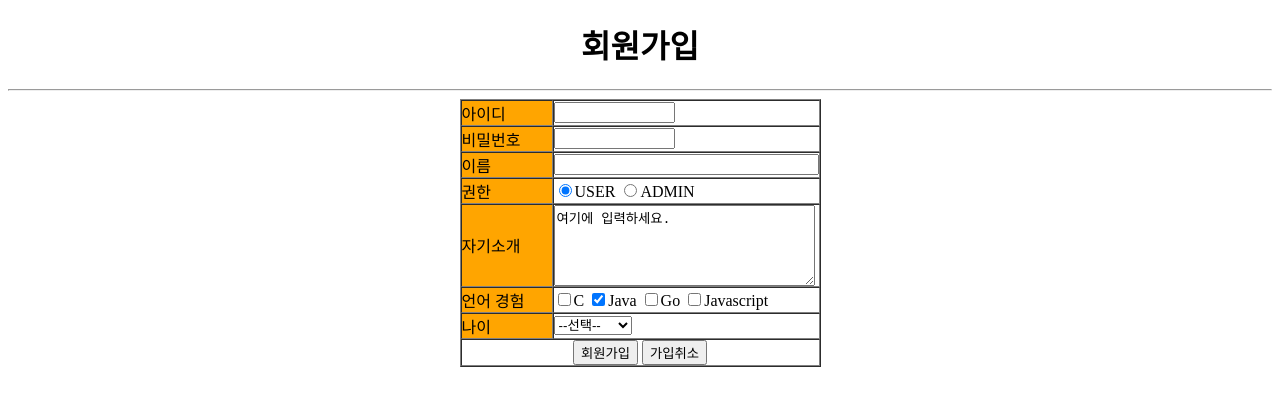
Repository: TPoleon/Servlet-JSP
Page: BoardWeb/src/main/webapp/insertUser.html
The author's editor kept a copy of each file at every save. The page is drawn from the files as they stood at one save, then again after the next save.
The browser window is 1280 px wide. The pictures show the whole page.

Above is the page before, as saved 2023-11-16 12:57:05.

After the next save:
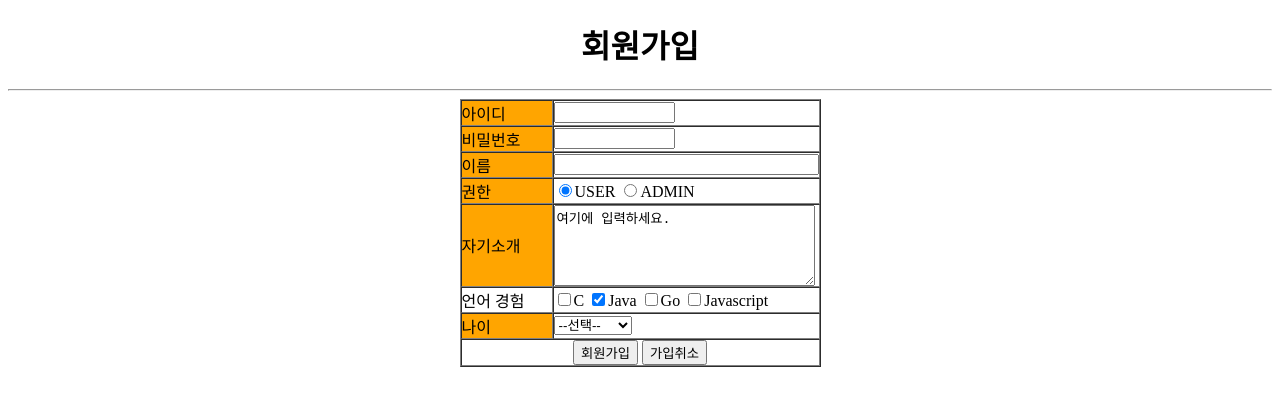
Saved 4 min 17 s later.
--- a/BoardWeb/src/main/webapp/insertUser.html
+++ b/BoardWeb/src/main/webapp/insertUser.html
@@ -37,7 +37,7 @@
 				</tr>
 
 
-				<td bgcolor="orange">언어 경험</td>
+				<td>언어 경험</td>
 				<td><input type="checkbox">C <input type="checkbox"
 					checked>Java <input type="checkbox">Go <input
 					type="checkbox">Javascript</td>

After the save that followed:
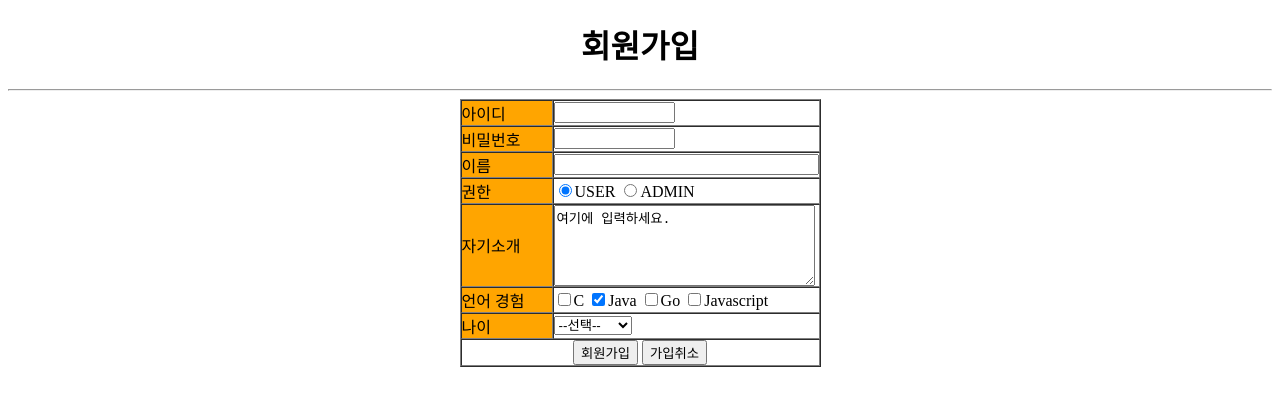
Saved 10 s later.
--- a/BoardWeb/src/main/webapp/insertUser.html
+++ b/BoardWeb/src/main/webapp/insertUser.html
@@ -37,7 +37,7 @@
 				</tr>
 
 
-				<td>언어 경험</td>
+				<td bgcolor="orange">언어 경험</td>
 				<td><input type="checkbox">C <input type="checkbox"
 					checked>Java <input type="checkbox">Go <input
 					type="checkbox">Javascript</td>
